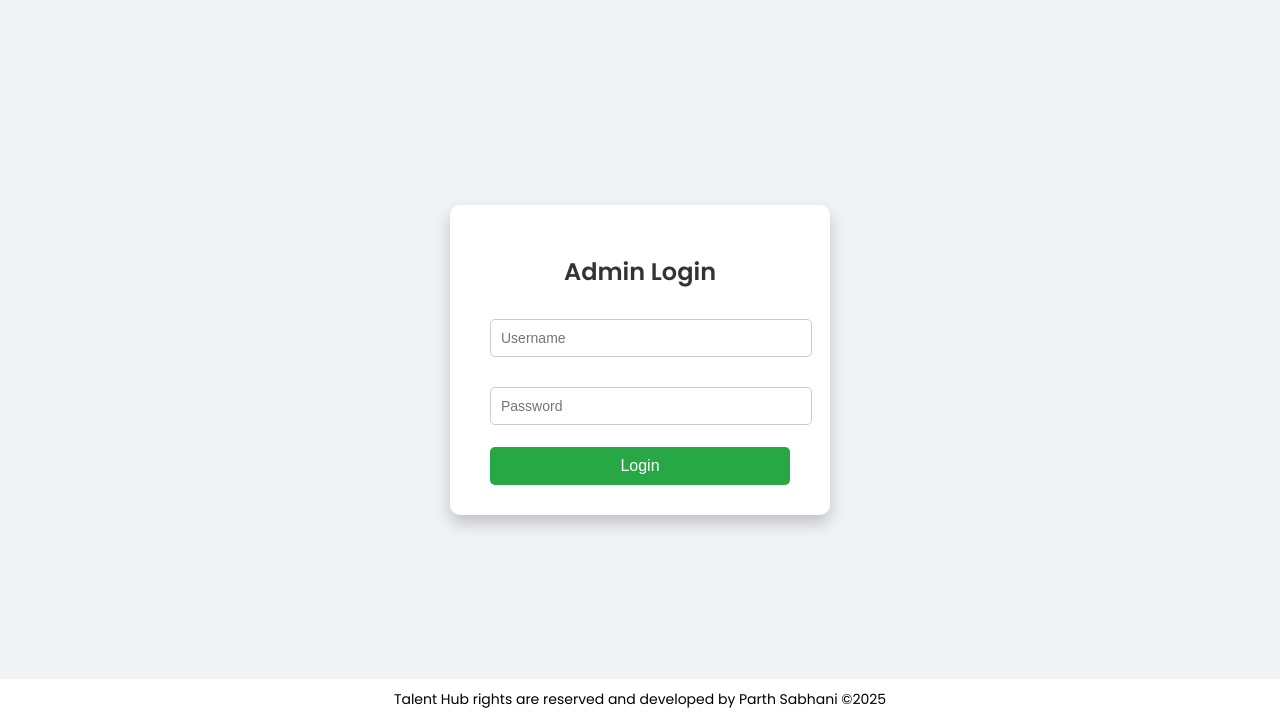
Repository: parthsabhani/Job_Portal_JSP_Servlet
Page: http://localhost/Job_Portal/adminLogin.jsp
These files come from the project's save history. The page is drawn as it stood at one moment and after the next save; the edit follows.
The browser window is 1280 px wide. The pictures show the whole page.
The page is served by Tomcat 10.

Above is the page before, as saved 2025-04-23 03:55:39.

After the next save:
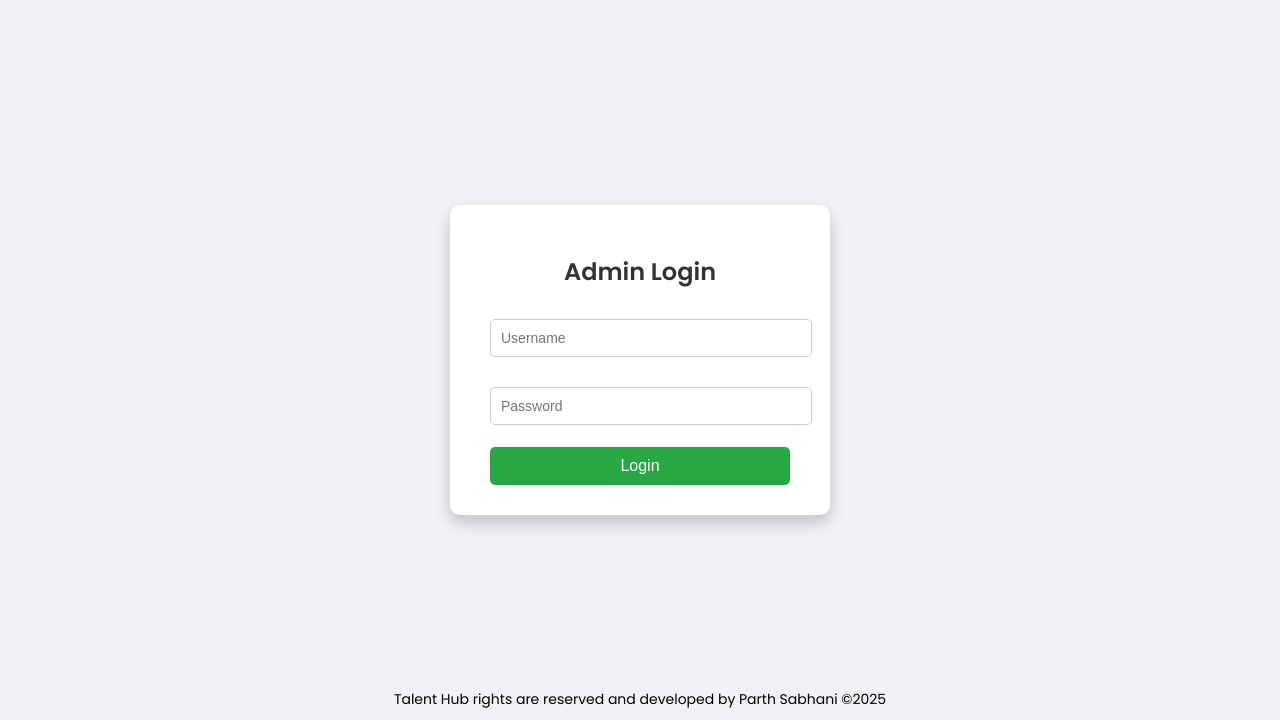
Saved 22 s later.
--- a/Job_Portal/src/main/webapp/adminLogin.jsp
+++ b/Job_Portal/src/main/webapp/adminLogin.jsp
@@ -89,7 +89,7 @@ body {
 
 	<!-- Footer Start -->
 	<%
-    	request.setAttribute("footerStyle", "position: fixed; bottom: 0; width: 100%; padding: 10px 0; background-color: #fff; color: #000000; text-align: center; font-size: 14px; font-family: 'Poppins', sans-serif;");
+    	request.setAttribute("footerStyle", "position: fixed; bottom: 0; width: 100%; padding: 10px 0; background-color: #f0f2f5; color: #000000; text-align: center; font-size: 14px; font-family: 'Poppins', sans-serif;");
 	%>
 	<jsp:include page="footer.jsp" />
 	<!-- Footer End -->
